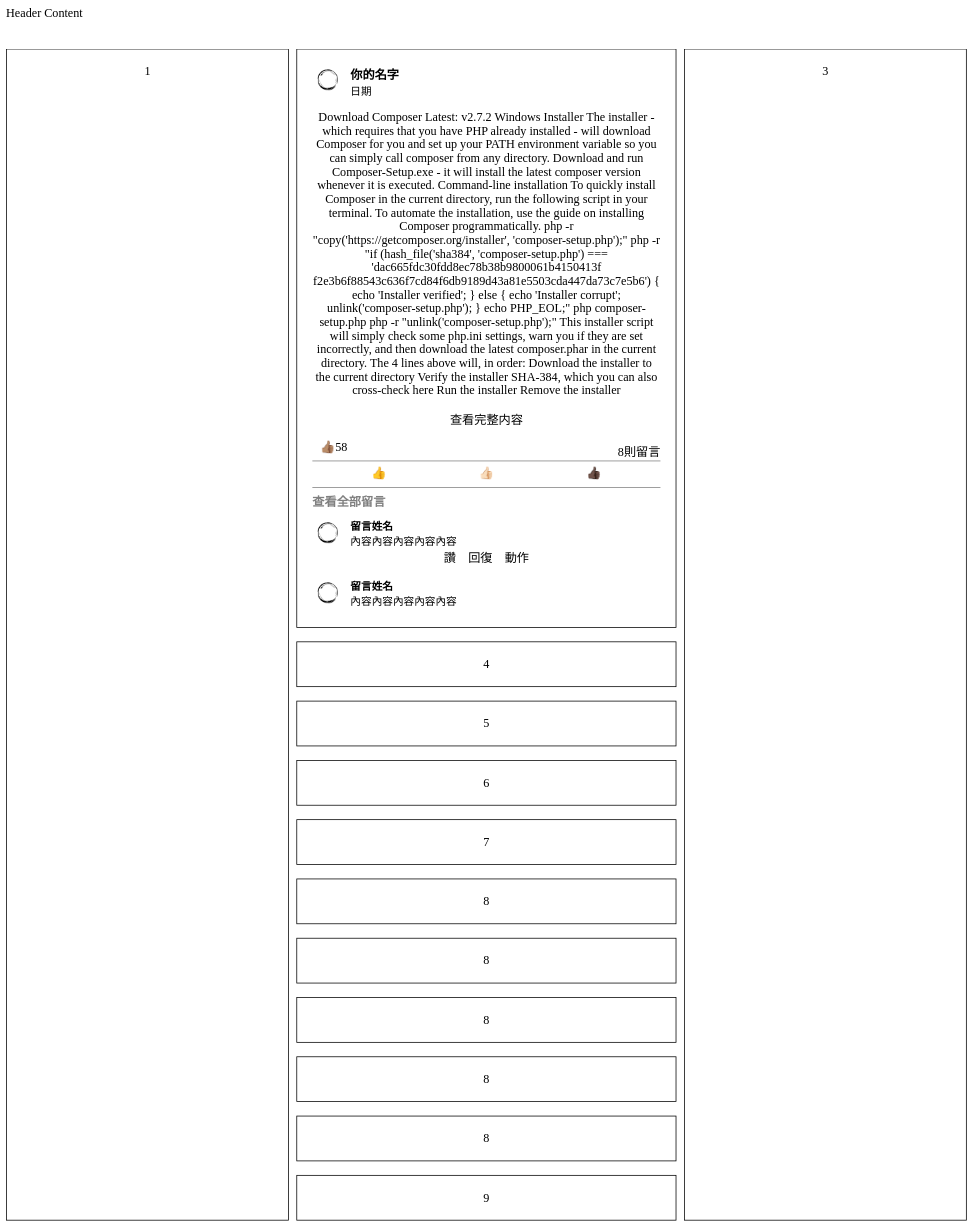
Repository: yuchiyang123/index_view
Page: http://localhost/
These files come from the project's save history. The page is drawn as it stood at one moment and after the next save; the edit follows.
The browser window is 1280 px wide. The pictures show the whole page, at 76% of full size.
The page is run by PHP 8.4 with error messages shown; the project is at /var/www/html/.

Above is the page before, as saved 2024-03-27 10:39:37.

After the next save:
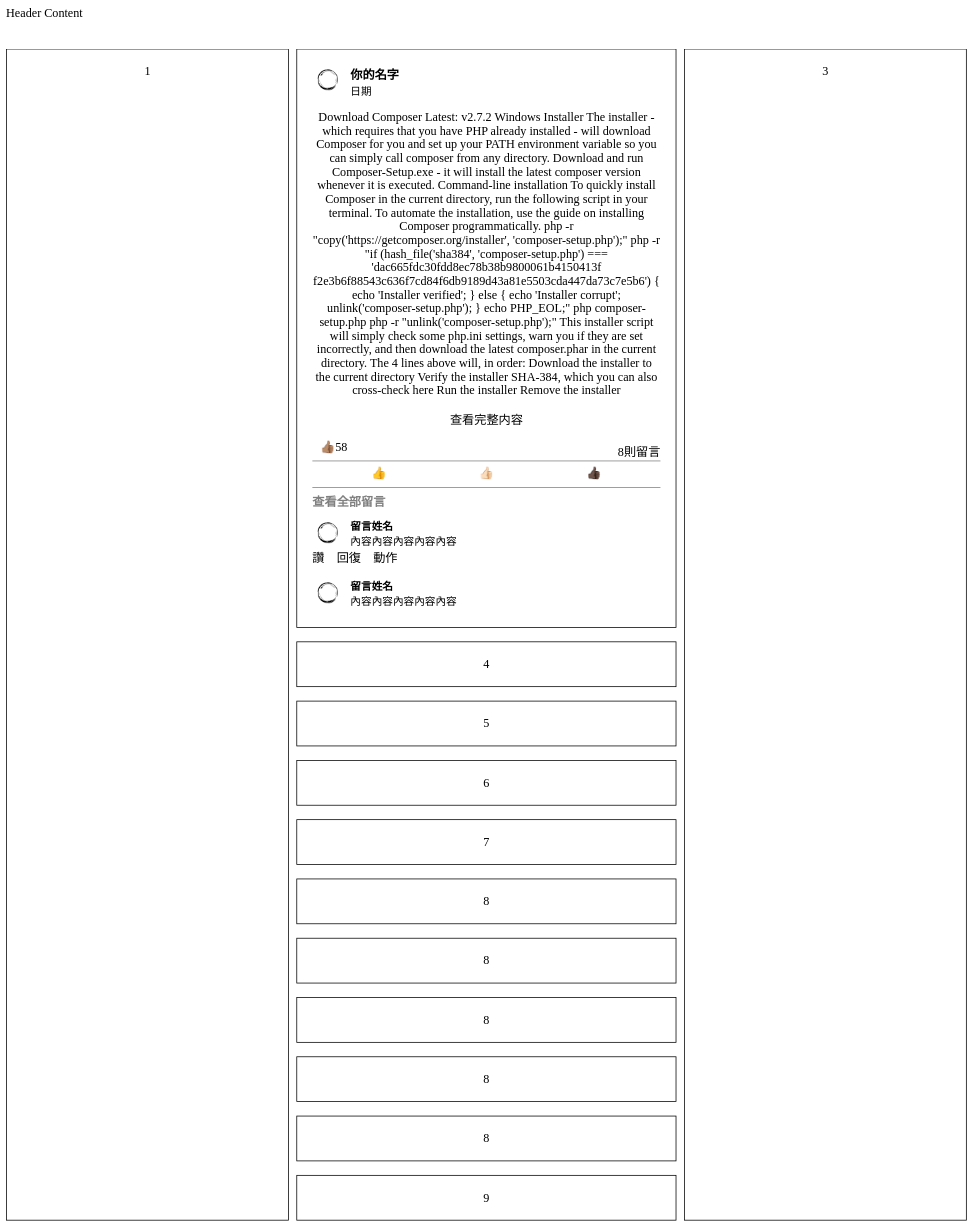
Saved 43 s later.
--- a/index.php
+++ b/index.php
@@ -177,6 +177,9 @@ a{
   .LeaveMessageMain{
     text-align: left;
     font-size: 14px;
+  }
+  .LeaveMessageAction{
+    text-align: left;
   }
 </style>
 <html>
